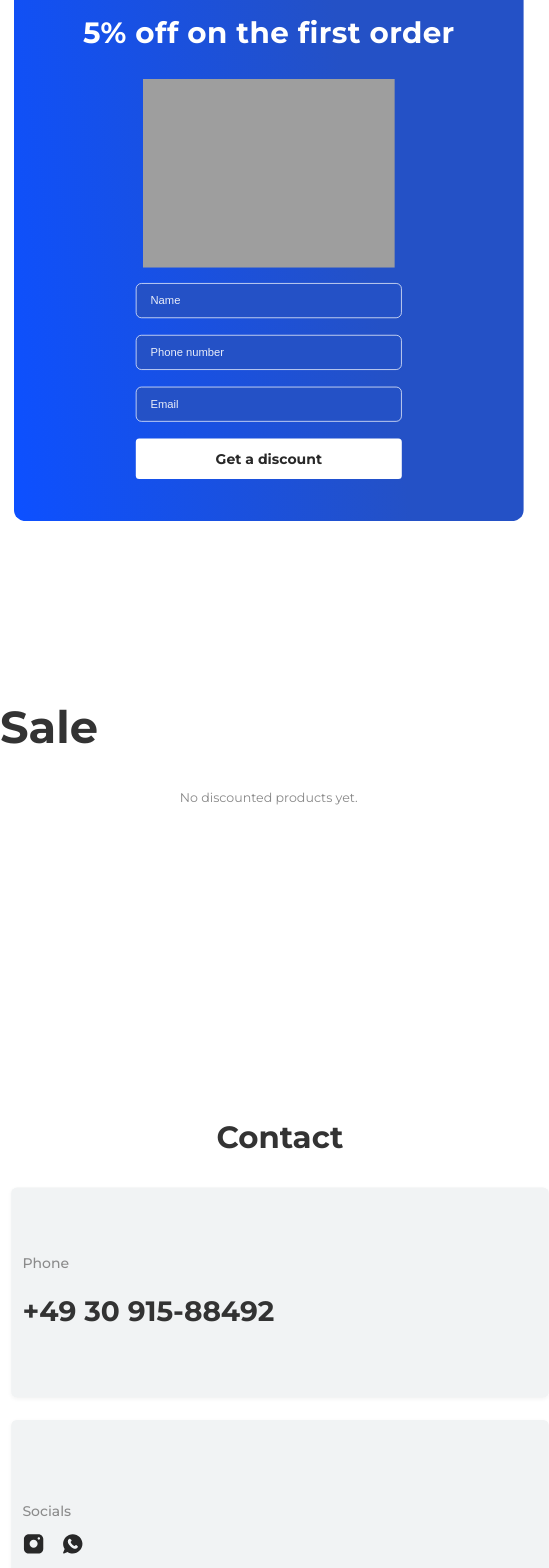
Repository: jursylian/PET-INTERNET-SHOP-PROJECT
Page: /
These files come from the project's save history. The page is drawn as it stood at one moment and after the next save; the edit follows.
The browser window is 768 px wide. The page is 784 px wide, so the pictures cover 784 px, including what lies to the right of the window. The pictures show the part of the page from y = 1558 to 3798 px (the page is 4893 px tall), at 70% of full size.
Pictures or frames that could not be fetched are drawn as grey boxes. The page's requests for data from a server got no answer. The project was rebuilt for these pictures with package versions that can differ from the ones it lists, and the page was loaded fresh each time. No one was signed in, and anything a server would have sent is missing. Also part of the build but not shown: vite.config.js, src/pages/CategoriesAll/CategoriesAll.module.css, src/layouts/PageSection/PageSection.module.css, src/layouts/PageSection/PageSection.jsx, src/pages/CategoriesAll/CategoriesAll.jsx, src/redux/productsSelectors.js, src/components/ProductFilter/ProductFilter.module.css, src/components/ProductFilter/ProductFilter.jsx and 22 more.

Above is the page before, as saved 2025-11-06 19:46:53.

### index.html
<!DOCTYPE html>
<html lang="en">
  <head>
    <meta charset="UTF-8" />
    <link rel="icon" type="image/svg+xml" href="/vite.svg" />
    <link
      href="https://fonts.googleapis.com/css2?family=Montserrat:wght@400;500;700&display=swap"
      rel="stylesheet"
    />

    <meta name="viewport" content="width=device-width, initial-scale=1.0" />
    <title>pet-internet-shop-project</title>
  </head>
  <body>
    <div id="root"></div>
    <script type="module" src="/src/main.jsx"></script>
  </body>
</html>

### src/main.jsx
import React from "react";
import ReactDOM from "react-dom/client";
import App from "./App";
import { Provider } from "react-redux";
import store from "./redux/store";
import { BrowserRouter } from "react-router-dom";
import "./index.css";

ReactDOM.createRoot(document.getElementById("root")).render(
  <BrowserRouter>
    <Provider store={store}>
      <App />
    </Provider>
  </BrowserRouter>
);

### src/App.jsx
import "./App.css";
import AppRouter from "./router/AppRouter";

function App() {
  return (
    <>
      <AppRouter />
    </>
  );
}

export default App;

### src/index.css
* {
  margin: 0;
  padding: 0;
  box-sizing: border-box;
}

body {
  font-family: "Montserrat";
  font-size: 16px;
  line-height: 1.5;
  color: #333;
}

.text-decoration-none {
  text-decoration: none;
}

### src/router/AppRouter.jsx
import { Routes, Route } from "react-router-dom";
import MainLayout from "../layouts/MainLayout/MainLayout";

import Home from "../pages/Home/Home";
import CategoriesAll from "../pages/CategoriesAll/CategoriesAll";
import AllProducts from "../pages/AllProducts/AllProducts";
import ProductDescription from "../pages/ProductDescription/ProductDescription";
import Cart from "../pages/Cart/Cart";
import NotFound from "../pages/NotFound/NotFound";
import AllSales from "../pages/AllSales/AllSales";
import CategoryPage from "../pages/CategoryPage/CategoryPage";

function AppRouter() {
  return (
    <Routes>
      <Route element={<MainLayout />}>
        <Route path="/" element={<Home />} />
        <Route path="/categories" element={<CategoriesAll />} />
        <Route path="/categories/:categoryId" element={<CategoryPage />} />
        <Route path="/discounts" element={<AllSales />} />
        <Route path="/products" element={<AllProducts />} />
        <Route path="/product/:productId" element={<ProductDescription />} />
        <Route path="/cart" element={<Cart />} />
        <Route path="*" element={<NotFound />} />
      </Route>
    </Routes>
  );
}

export default AppRouter;

### src/layouts/MainLayout/MainLayout.jsx
import { Outlet } from "react-router-dom";
import Header from "../Header/Header";
import Footer from "../Footer/Footer";

export default function MainLayout() {
  return (
    <>
      <Header />
      <main className="container mx-auto p-4 min-h-[80vh]">
        <Outlet />
      </main>
      <Footer />
    </>
  );
}

### src/pages/Home/Home.jsx
import Categories from "../../components/Categories/Categories";
import PromoBanner from "../../components/PromoBanner/PromoBanner";
import DiscountForm from "../../components/DiscountForm/DiscountForm";
import SaleSection from "../../components/SaleSection/SaleSection";
import styles from "./Home.module.css";

function Home() {
  return (
    <main className={styles.wrapper}>
      <PromoBanner />
      <Categories />
      <DiscountForm />
      <SaleSection />
    </main>
  );
}

export default Home;

### src/components/Categories/Categories.jsx
import { useNavigate } from "react-router-dom";
import { useEffect, useState } from "react";
import axios from "axios";
import styles from "./Categories.module.css";

const Categories = () => {
  const navigate = useNavigate();
  const [categories, setCategories] = useState([]);

  useEffect(() => {
    const fetchCategories = async () => {
      try {
        const res = await axios.get("http://localhost:3333/categories/all");
        setCategories(res.data.slice(0, 4));
      } catch (err) {
        console.error("Ошибка загрузки категорий:", err);
      }
    };

    fetchCategories();
  }, []);

  return (
    <section className={styles.categories}>
      <div className={styles.header}>
        <h2 className={styles.title}>Categories</h2>
        <div className={styles.line}></div>
        <button
          onClick={() => navigate("/categories")}
          className={styles.showAllBtn}
        >
          All categories
        </button>
      </div>

      <div className={styles.cards}>
        {categories.map(({ id, title, image }) => (
          <div
            key={id}
            className={styles.card}
            onClick={() => navigate(`/categories/${id}`)}
          >
            <img
              src={`http://localhost:3333${image}`}
              alt={title}
              className={styles.image}
            />
            <p className={styles.label}>{title}</p>
          </div>
        ))}
      </div>
    </section>
  );
};

export default Categories;

### src/components/PromoBanner/PromoBanner.jsx
import { Link } from "react-router-dom";
import styles from "./PromoBanner.module.css";
import bannerImage from "../../assets/background.png";

function PromoBanner() {
  return (
    <section className={styles.hero}>
      <img src={bannerImage} alt="Баннер" className={styles.image} />

      <div className={styles.content}>
        <h1>
          Amazing Discounts <br />
          on Pets Products!
        </h1>

        <Link to="/discounts" className={styles.button}>
          Check out
        </Link>
      </div>
    </section>
  );
}

export default PromoBanner;

### src/pages/Home/Home.module.css
/* Home.module.css */
.wrapper {
  display: flex;
  flex-direction: column;
  gap: 80px;
  padding: 40px 0;
}

.section {
  display: flex;
  flex-direction: column;
  gap: 24px;
}

.title {
  font-size: 28px;
  font-weight: 600;
}

.grid {
  display: grid;
  grid-template-columns: repeat(auto-fill, minmax(220px, 1fr));
  gap: 24px;
}

.message {
  font-size: 16px;
  color: #555;
}

### src/layouts/Header/Header.module.css
.header {
  display: flex;
  align-items: center;
  justify-content: space-between;
  padding: 40px 80px;
  height: 128px;
  width: 100%;
  position: relative;
  background-color: #fff;
  z-index: 10;
}

.withDivider {
  border-bottom: 1px solid #e5e5e5;
}

.left,
.right {
  flex: 1;
  display: flex;
  align-items: center;
}

.left {
  justify-content: flex-start;
}

.right {
  justify-content: flex-end;
}

.logo img {
  height: 70px;
  display: block;
  transition: transform 0.3s ease;
}

.logo img:hover {
  transform: scale(1.2);
}

.nav {
  flex: 2;
  display: flex;
  justify-content: center;
  align-items: center;
  gap: 44px;
}

.nav a {
  text-decoration: none;
  color: #282828;
  font-weight: 500;
  font-size: 20px;
  transition: color 0.2s ease;
}

.nav a:hover {
  color: #007bff;
}

.active {
  color: #007bff;
  font-weight: 600;
}

.inactive {
  color: #8b8b8b;
  font-weight: 500;
  font-size: 20px;
  cursor: default;
  text-decoration: none;
  pointer-events: none;
}

.inactive:hover {
  color: #8b8b8b;
}

.cart {
  position: relative;
  display: flex;
  align-items: center;
}

.cart img {
  height: 44px;
}

.count {
  position: absolute;
  top: 0;
  left: -6px;
  background-color: #007bff;
  color: white;
  border-radius: 50%;
  font-size: 12px;
  font-weight: bold;
  width: 22px;
  height: 22px;
  display: flex;
  align-items: center;
  justify-content: center;
}

### src/components/PromoBanner/PromoBanner.module.css
.hero {
  position: relative;
  width: 100%;
  height: 520px;
  overflow: hidden;
  margin-top: -40px;
}

.image {
  position: absolute;
  top: 0;
  left: 0;
  width: 100%;
  height: 100%;
  object-fit: cover;
  z-index: 1;
}

.content {
  position: relative;
  z-index: 2;
  color: #fff;
  text-align: left;
  padding-left: 80px;
  transform: translateY(50px);
}

.content h1 {
  font-size: 96px;
  font-weight: 700;
  margin-bottom: 40px;
  line-height: 1.1;
}

.button {
  display: inline-block;
  background: #0d50ff;
  color: #fff;
  font-weight: 600;
  font-size: 20px;
  border: none;
  border-radius: 8px;
  cursor: pointer;
  transition: background-color 0.2s ease, transform 0.2s ease;
  padding: 16px 36px;
  text-decoration: none;
  box-sizing: border-box;
}

.button:hover {
  background-color: #0036cc;
  transform: translateY(-3px);
  box-shadow: 0px 12px 20px rgba(13, 80, 255, 0.4);
}

### src/ui/Input/Input.jsx
import styles from "./Input.module.css";

const Input = ({
  type = "text",
  name,
  label,
  placeholder,
  value,
  onChange,
  error,
  id,
  ...rest
}) => {
  const inputId = id || name;

  return (
    <div className={styles.field}>
      {label && (
        <label htmlFor={inputId} className={styles.label}>
          {label}
        </label>
      )}
      <input
        id={inputId}
        type={type}
        name={name}
        placeholder={placeholder}
        value={value}
        onChange={onChange}
        aria-invalid={!!error}
        aria-describedby={error ? `${inputId}-error` : undefined}
        className={`${styles.input} ${error ? styles.errorBorder : ""}`}
        autoComplete="off"
        {...rest}
      />
      {error && (
        <p id={`${inputId}-error`} className={styles.error}>
          {error}
        </p>
      )}
    </div>
  );
};

export default Input;

### src/ui/Button/Button.jsx
import { useState } from "react";
import styles from "./Button.module.css";

const Button = ({ children, onClick, type = "button", disabled = false }) => {
  const [submitted, setSubmitted] = useState(false);

  const handleClick = async (e) => {
    if (onClick) {
      const result = await onClick(e);

      if (result === true) {
        setSubmitted(true);
        setTimeout(() => setSubmitted(false), 3000);
      }
    }
  };

  return (
    <button
      type={type}
      onClick={handleClick}
      className={`${styles.button} ${submitted ? styles.submitted : ""}`}
      disabled={disabled || submitted}
    >
      {submitted ? "Request submitted" : children}
    </button>
  );
};

export default Button;

### src/components/DiscountForm/DiscountForm.module.css
.wrapper {
  max-width: 1395px;
  width: 100%;
  margin: 60px auto;
  border-radius: 16px;
  overflow: hidden;
  padding: 0 20px; /* чтобы контент не прилипал к краю на малых экранах */
}

.discountSection {
  position: relative;
  background: linear-gradient(261.47deg, #2451c6 32.63%, #0d50ff 98.96%);
  border-radius: 16px;
  padding: 60px 80px 0;
  display: flex;
  flex-direction: column;
  justify-content: space-between;
  min-height: 485px;
  overflow: hidden;
}

.title {
  color: #ffffff;
  font-weight: 800;
  font-size: 64px;
  text-align: center;
  margin-bottom: 40px;
  letter-spacing: 0.5px;
}

.content {
  display: flex;
  justify-content: space-between;
  align-items: flex-end;
  position: relative;
  gap: 40px;
}

.imageWrap {
  flex: 0 0 60%;
  display: flex;
  align-items: flex-end;
  justify-content: flex-start;
}

.animals {
  width: 110%;
  height: auto;
  object-fit: contain;
  margin-bottom: 0;
}

.form {
  flex: 0 0 40%;
  display: flex;
  flex-direction: column;
  gap: 24px;
  align-items: stretch;
  justify-content: flex-end;
  padding-bottom: 32px;
}

/* ✅ адаптив */
@media (max-width: 1200px) {
  .discountSection {
    padding: 40px 40px 0;
  }

  .title {
    font-size: 48px;
  }

  .animals {
    width: 100%;
  }
}

@media (max-width: 1024px) {
  .discountSection {
    padding: 40px 24px;
  }

  .title {
    font-size: 42px;
    margin-bottom: 24px;
  }

  .content {
    flex-direction: column;
    align-items: center;
    gap: 32px;
  }

  .form {
    width: 100%;
    max-width: 380px;
    padding-bottom: 20px;
  }

  .imageWrap {
    justify-content: center;
  }

  .animals {
    width: 90%;
    transform: translateY(10px);
  }
}

@media (max-width: 600px) {
  .title {
    font-size: 32px;
  }

  .form {
    gap: 16px;
  }

  .discountSection {
    padding: 24px 16px;
  }
}

### src/components/SaleSection/SaleSection.module.css
.section {
  height: auto;
  min-height: 560px;
  border-radius: 10px;
  width: 100%;
  max-width: 1360px;
  margin: 106px auto 0;
  padding-bottom: 10px;
}

.header {
  display: flex;
  align-items: center;
  margin-bottom: 40px;
}

.line {
  width: 1100px;
  height: 1px;
  background-color: #dddddd;
}

.sectionTitle {
  font-family: Montserrat;
  font-weight: 700;
  font-size: 64px;
  margin-right: 32px;
}

.showAllButton {
  border: 1px solid #dddddd;
  border-radius: 5px;
  background-color: white;
  padding: 8px 16px;
  color: #8b8b8b;
  cursor: pointer;
  transition: all 0.3s ease;
}

.showAllButton:hover {
  background-color: #7e7b7b;
  color: white;
  transform: translateY(-2px);
  box-shadow: 0 4px 8px rgba(0, 0, 0, 0.1);
}

.showAllButton:active {
  background-color: #0d50ff;
  transform: scale(0.98);
  box-shadow: inset 0 2px 4px rgba(0, 0, 0, 0.2);
}

.cardsGrid {
  display: grid;
  grid-template-columns: repeat(4, 1fr);
  gap: 32px;
}

.card {
  position: relative;
  background-color: #fff;
  border-radius: 16px;
  overflow: hidden;
  border: 1px solid #e0e0e0;
  transition: transform 0.2s ease;
  cursor: pointer;
  display: flex;
  flex-direction: column;
  align-items: center;
}

.card:hover {
  transform: translateY(-4px);
}

.imageLink {
  display: block;
}

.cardImage {
  object-fit: contain;
  width: 316px;
  height: auto;
  display: block;
}

.cardInfo {
  width: 100%;
  border-top: 1px solid #e0e0e0;
  padding: 16px 12px;
  display: flex;
  flex-direction: column;
}

.cardTitle {
  color: #333;
  text-align: center;
  margin: 16px 0 8px 10px;
  padding: 0 12px;

  font-weight: 500;
  font-size: 20px;
  line-height: 130%;
  white-space: nowrap;
  overflow: hidden;
  text-overflow: ellipsis;
  max-width: 100%;
}

.priceRow {
  display: flex;
  flex-direction: row;
  gap: 10px;
  align-items: center;
  justify-content: flex-start;
  margin: 16px 0 10px 25px;
}

.newPrice {
  margin-bottom: 12px;
  font-weight: 600;
  font-size: 40px;
  line-height: 110%;
}

.oldPrice {
  font-size: 16px;
  color: #999;
  text-decoration: line-through;
  margin-left: 8px;
}

.discountBadge {
  position: absolute;
  top: 12px;
  right: 12px;
  background-color: #0d50ff;
  color: #fff;
  font-family: Montserrat;
  font-weight: 400;
  font-size: 20px;
  border-radius: 8px;
  display: flex;
  align-items: center;
  justify-content: center;
  z-index: 2;
  width: 68px;
  height: 34px;
}

.empty {
  text-align: center;
  font-size: 18px;
  color: #888;
  margin-top: 40px;
}

### src/ui/Input/Input.module.css
.field {
  width: 100%;
  display: flex;
  flex-direction: column;
  gap: 6px;
}

.label {
  font-size: 16px;
  font-weight: 500;
  color: #ffffff;
}

.input {
  width: 100%;
  height: 58px;
  padding: 16px 32px;
  border-radius: 8px;
  border: 1px solid #ffffff;
  background-color: #2451c6;
  color: #ffffff;
  font-size: 18px;

  transition: all 0.25s ease;
}

.input::placeholder {
  color: rgba(255, 255, 255, 0.9);
  font-size: 16px;
}

.input:hover {
  background-color: #2e5fe0;
  border-color: #cfe0ff;
}

.input:focus {
  outline: none;
  border-color: #80b3ff;
  background-color: #2b5ce0;
  box-shadow: 0 0 10px rgba(128, 179, 255, 0.5);
}

.error {
  font-size: 14px;
  color: #ffcccc;
  margin-top: 4px;
}

.errorBorder {
  border-color: #ff5555;
  background-color: #2a3fa3;
}

@media (max-width: 768px) {
  .input {
    height: 50px;
    padding: 14px 20px;
    font-size: 16px;
  }

  .label {
    font-size: 14px;
  }
}

### src/ui/Button/Button.module.css
.button {
  padding: 16px 32px;
  width: 100%;
  height: 58px;
  font-family: Montserrat, sans-serif;
  font-weight: 600;
  font-size: 20px;
  border: none;
  border-radius: 5px;
  cursor: pointer;
  background-color: #fff;
  color: #282828;
  transition: all 0.3s ease;
}

/* при наведении */
.button:hover {
  background-color: #282828;
  color: #fff;
}

/* активное состояние (после отправки) */
.button.submitted {
  background-color: #fff;
  color: #0d50ff;
  border: 2px solid #0d50ff;
  cursor: default;
  transition: all 0.3s ease;
}

/* убираем hover для состояния submitted */
.button.submitted:hover {
  background-color: #fff;
  color: #0d50ff;
}

Loaded but not shown: src/redux/productSlice.js (51 lines, source omitted); src/redux/cartSlice.js (38 lines, source omitted); src/redux/store.js (12 lines, source omitted); src/components/DiscountForm/DiscountForm.jsx (91 lines, source omitted); src/components/SaleSection/SaleSection.jsx (89 lines, source omitted); src/layouts/Footer/Footer.module.css (150 lines, source omitted); src/components/Categories/Categories.module.css (140 lines, source omitted); src/layouts/Footer/Footer.jsx (51 lines, source omitted); src/layouts/Header/Header.jsx (66 lines, source omitted); src/App.css (no stored copy; drawn as an empty file)

After the next save:
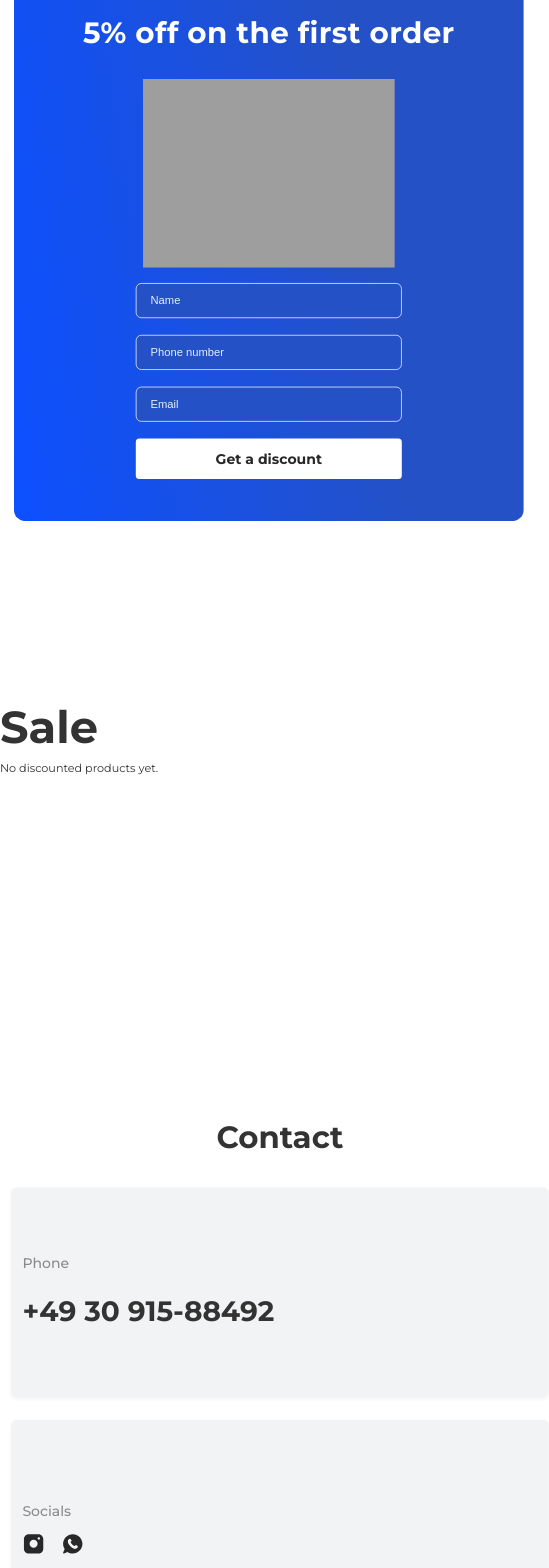
Saved 102 s later.
--- a/src/components/SaleSection/SaleSection.module.css
+++ b/src/components/SaleSection/SaleSection.module.css
@@ -52,8 +52,10 @@
 
 .cardsGrid {
   display: grid;
-  grid-template-columns: repeat(4, 1fr);
+  grid-template-columns: repeat(auto-fit, minmax(280px, 1fr));
   gap: 32px;
+  justify-items: center;
+  align-items: start; /* чтобы карточки не растягивались */
 }
 
 .card {
@@ -62,72 +64,25 @@
   border-radius: 16px;
   overflow: hidden;
   border: 1px solid #e0e0e0;
-  transition: transform 0.2s ease;
+  transition: transform 0.2s ease, box-shadow 0.2s ease;
   cursor: pointer;
   display: flex;
   flex-direction: column;
   align-items: center;
+  height: 100%; /* добавлено — все карточки выравниваются */
 }
 
 .card:hover {
   transform: translateY(-4px);
-}
-
-.imageLink {
-  display: block;
+  box-shadow: 0 8px 16px rgba(0, 0, 0, 0.08);
 }
 
 .cardImage {
   object-fit: contain;
-  width: 316px;
-  height: auto;
+  width: 100%;
+  max-width: 316px;
+  height: 316px;
   display: block;
-}
-
-.cardInfo {
-  width: 100%;
-  border-top: 1px solid #e0e0e0;
-  padding: 16px 12px;
-  display: flex;
-  flex-direction: column;
-}
-
-.cardTitle {
-  color: #333;
-  text-align: center;
-  margin: 16px 0 8px 10px;
-  padding: 0 12px;
-
-  font-weight: 500;
-  font-size: 20px;
-  line-height: 130%;
-  white-space: nowrap;
-  overflow: hidden;
-  text-overflow: ellipsis;
-  max-width: 100%;
-}
-
-.priceRow {
-  display: flex;
-  flex-direction: row;
-  gap: 10px;
-  align-items: center;
-  justify-content: flex-start;
-  margin: 16px 0 10px 25px;
-}
-
-.newPrice {
-  margin-bottom: 12px;
-  font-weight: 600;
-  font-size: 40px;
-  line-height: 110%;
-}
-
-.oldPrice {
-  font-size: 16px;
-  color: #999;
-  text-decoration: line-through;
-  margin-left: 8px;
 }
 
 .discountBadge {
@@ -137,8 +92,8 @@
   background-color: #0d50ff;
   color: #fff;
   font-family: Montserrat;
-  font-weight: 400;
-  font-size: 20px;
+  font-weight: 500;
+  font-size: 18px;
   border-radius: 8px;
   display: flex;
   align-items: center;
@@ -146,11 +101,13 @@
   z-index: 2;
   width: 68px;
   height: 34px;
+  pointer-events: none; /* чтобы не мешал клику */
 }
 
-.empty {
-  text-align: center;
-  font-size: 18px;
-  color: #888;
-  margin-top: 40px;
+/* === адаптив === */
+@media (max-width: 900px) {
+  .cardImage {
+    max-width: 280px;
+    height: 280px;
+  }
 }

After the save that followed:
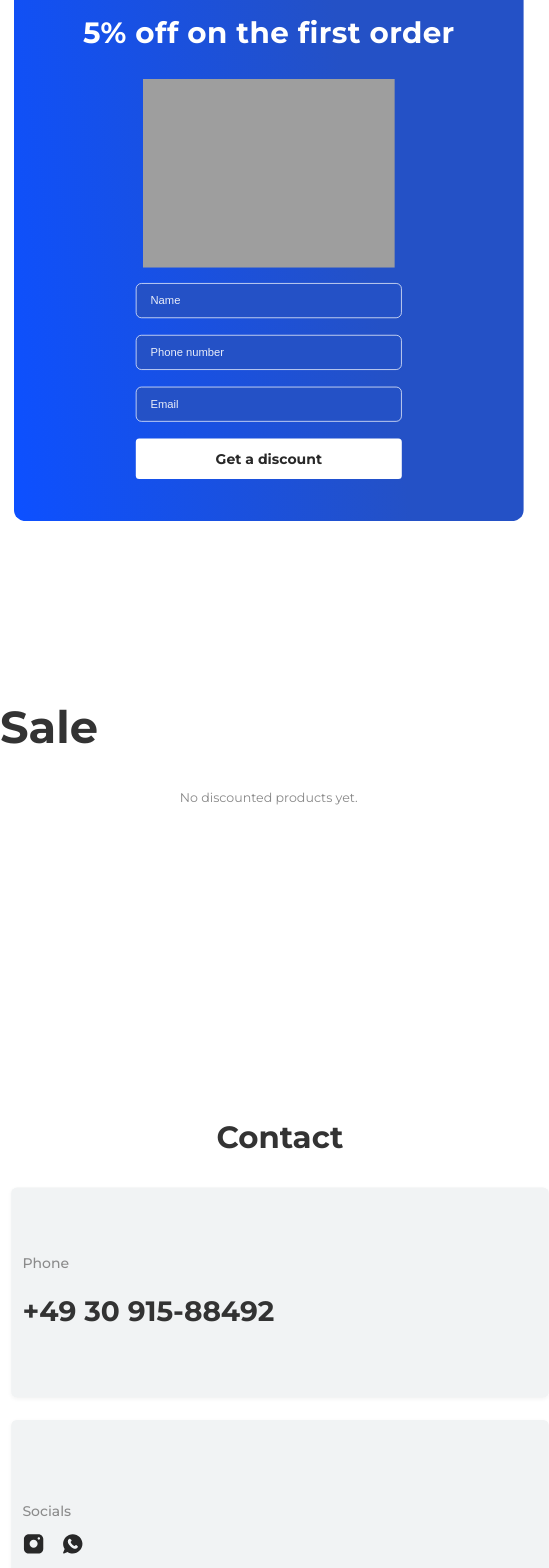
Saved 48 s later.
--- a/src/components/SaleSection/SaleSection.module.css
+++ b/src/components/SaleSection/SaleSection.module.css
@@ -52,10 +52,8 @@
 
 .cardsGrid {
   display: grid;
-  grid-template-columns: repeat(auto-fit, minmax(280px, 1fr));
+  grid-template-columns: repeat(4, 1fr);
   gap: 32px;
-  justify-items: center;
-  align-items: start; /* чтобы карточки не растягивались */
 }
 
 .card {
@@ -64,25 +62,72 @@
   border-radius: 16px;
   overflow: hidden;
   border: 1px solid #e0e0e0;
-  transition: transform 0.2s ease, box-shadow 0.2s ease;
+  transition: transform 0.2s ease;
   cursor: pointer;
   display: flex;
   flex-direction: column;
   align-items: center;
-  height: 100%; /* добавлено — все карточки выравниваются */
 }
 
 .card:hover {
   transform: translateY(-4px);
-  box-shadow: 0 8px 16px rgba(0, 0, 0, 0.08);
+}
+
+.imageLink {
+  display: block;
 }
 
 .cardImage {
   object-fit: contain;
+  width: 316px;
+  height: auto;
+  display: block;
+}
+
+.cardInfo {
   width: 100%;
-  max-width: 316px;
-  height: 316px;
-  display: block;
+  border-top: 1px solid #e0e0e0;
+  padding: 16px 12px;
+  display: flex;
+  flex-direction: column;
+}
+
+.cardTitle {
+  color: #333;
+  text-align: center;
+  margin: 16px 0 8px 10px;
+  padding: 0 12px;
+
+  font-weight: 500;
+  font-size: 20px;
+  line-height: 130%;
+  white-space: nowrap;
+  overflow: hidden;
+  text-overflow: ellipsis;
+  max-width: 100%;
+}
+
+.priceRow {
+  display: flex;
+  flex-direction: row;
+  gap: 10px;
+  align-items: center;
+  justify-content: flex-start;
+  margin: 16px 0 10px 25px;
+}
+
+.newPrice {
+  margin-bottom: 12px;
+  font-weight: 600;
+  font-size: 40px;
+  line-height: 110%;
+}
+
+.oldPrice {
+  font-size: 16px;
+  color: #999;
+  text-decoration: line-through;
+  margin-left: 8px;
 }
 
 .discountBadge {
@@ -92,8 +137,8 @@
   background-color: #0d50ff;
   color: #fff;
   font-family: Montserrat;
-  font-weight: 500;
-  font-size: 18px;
+  font-weight: 400;
+  font-size: 20px;
   border-radius: 8px;
   display: flex;
   align-items: center;
@@ -101,13 +146,11 @@
   z-index: 2;
   width: 68px;
   height: 34px;
-  pointer-events: none; /* чтобы не мешал клику */
 }
 
-/* === адаптив === */
-@media (max-width: 900px) {
-  .cardImage {
-    max-width: 280px;
-    height: 280px;
-  }
+.empty {
+  text-align: center;
+  font-size: 18px;
+  color: #888;
+  margin-top: 40px;
 }
